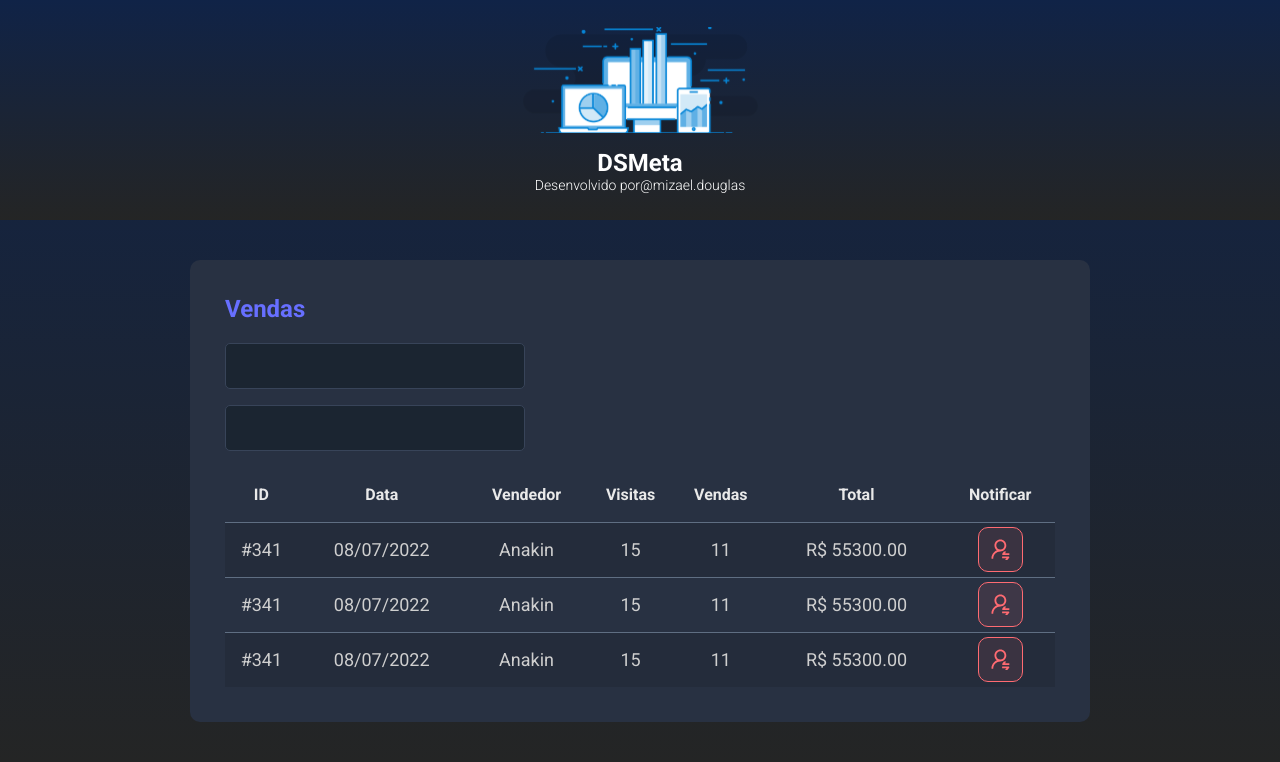
Repository: Mizaeldouglas/ds-Meta
Page: / (app in frontend/)
The author's editor kept a copy of each file at every save. The page is drawn from the files as they stood at one save, then again after the next save.
The browser window is 1280 px wide. The pictures show the whole page.
The project was rebuilt for these pictures with package versions that can differ from the ones it lists, and the page was loaded fresh each time. Also part of the build but not shown: frontend/vite.config.ts.

Above is the page before, as saved 2022-07-11 11:31:36.

After the next save:
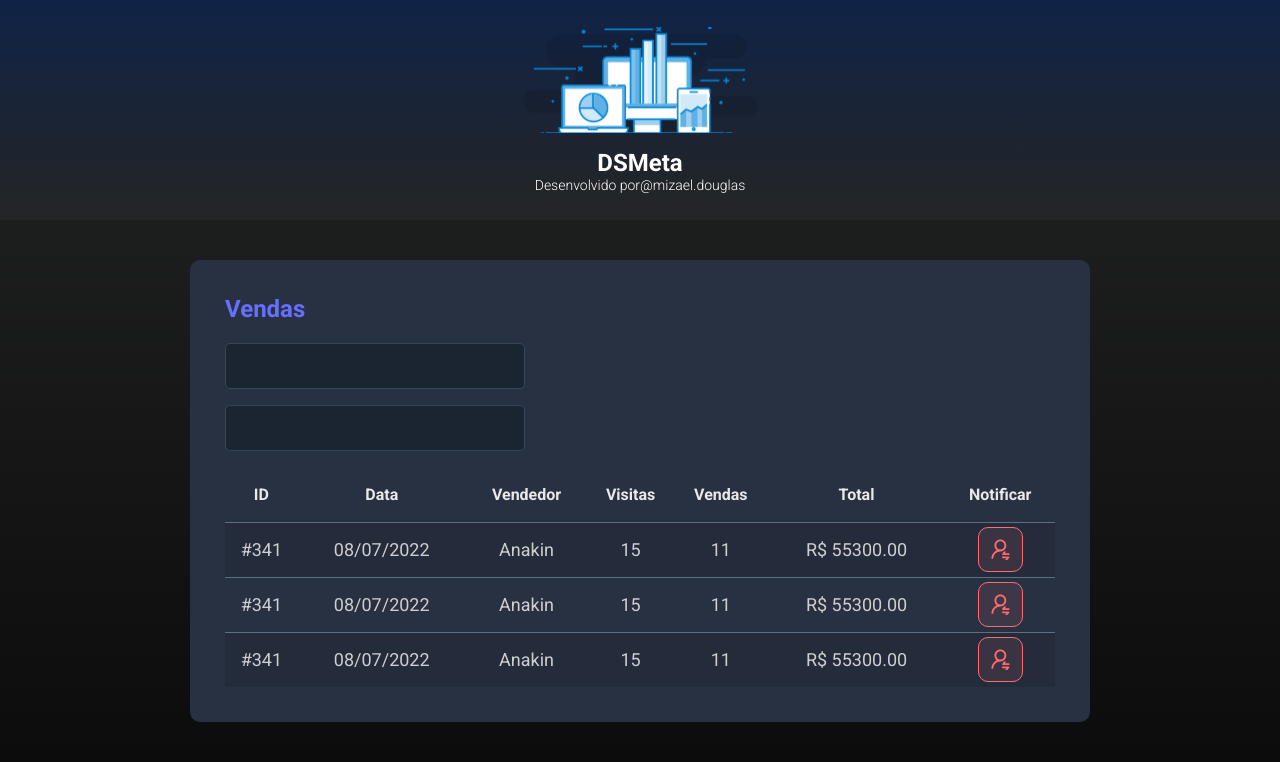
Saved 23 s later.
--- a/frontend/src/index.css
+++ b/frontend/src/index.css
@@ -10,7 +10,7 @@
 body,
 html {
   /* background-color: #171818; */
-  background: linear-gradient(180deg, #102347 0%, #242525 100%);
+  background: linear-gradient(180deg, #242525 0%, #0c0c0c 100%);
   color: #fff;
 }
 
